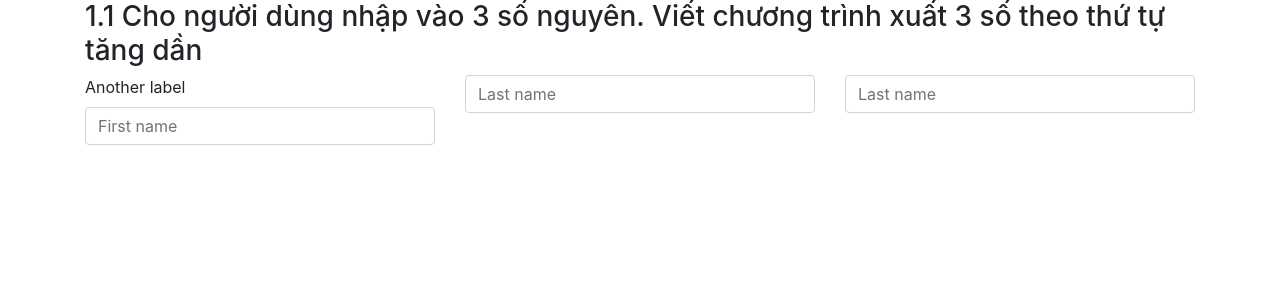
Repository: baobaodeveloper/bootscamp21__jsbasic__HuynhAnhBao
Page: index.html
The author's editor kept a copy of each file at every save. The page is drawn from the files as they stood at one save, then again after the next save.
The browser window is 1280 px wide. The pictures show the whole page.

Above is the page before, as saved 2022-03-09 23:02:33.

### index.html
<!DOCTYPE html>
<html lang="en">
  <head>
    <title>javaScript basic</title>
    <!-- Required meta tags -->
    <meta charset="utf-8" />
    <meta
      name="viewport"
      content="width=device-width, initial-scale=1, shrink-to-fit=no"
    />

    <!-- Bootstrap CSS -->
    <link
      rel="stylesheet"
      href="https://stackpath.bootstrapcdn.com/bootstrap/4.3.1/css/bootstrap.min.css"
      integrity="sha384-ggOyR0iXCbMQv3Xipma34MD+dH/1fQ784/j6cY/iJTQUOhcWr7x9JvoRxT2MZw1T"
      crossorigin="anonymous"
    />
  </head>
  <body>
    <div class="container">
      <h3>
        1.1 Cho người dùng nhập vào 3 số nguyên. Viết chương trình xuất 3 số
        theo thứ tự tăng dần
      </h3>

      <div class="row">
        <div class="col">
          <label class="form-label">Another label</label>
          <input type="number" class="form-control" placeholder="First name" />
        </div>
        <div class="col">
          <input type="number" class="form-control" placeholder="Last name" />
        </div>

        <div class="col">
          <input type="number" class="form-control" placeholder="Last name" />
        </div>
      </div>
    </div>
    <!-- Optional JavaScript -->
    <!-- jQuery first, then Popper.js, then Bootstrap JS -->
    <script
      src="https://code.jquery.com/jquery-3.3.1.slim.min.js"
      integrity="sha384-q8i/X+965DzO0rT7abK41JStQIAqVgRVzpbzo5smXKp4YfRvH+8abtTE1Pi6jizo"
      crossorigin="anonymous"
    ></script>
    <script
      src="https://cdnjs.cloudflare.com/ajax/libs/popper.js/1.14.7/umd/popper.min.js"
      integrity="sha384-UO2eT0CpHqdSJQ6hJty5KVphtPhzWj9WO1clHTMGa3JDZwrnQq4sF86dIHNDz0W1"
      crossorigin="anonymous"
    ></script>
    <script
      src="https://stackpath.bootstrapcdn.com/bootstrap/4.3.1/js/bootstrap.min.js"
      integrity="sha384-JjSmVgyd0p3pXB1rRibZUAYoIIy6OrQ6VrjIEaFf/nJGzIxFDsf4x0xIM+B07jRM"
      crossorigin="anonymous"
    ></script>
  </body>
</html>

After the next save:
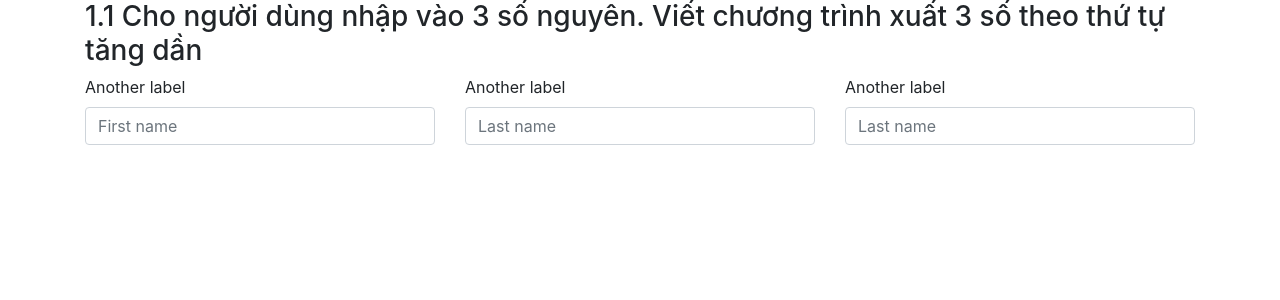
Saved 17 s later.
--- a/index.html
+++ b/index.html
@@ -30,10 +30,11 @@
           <input type="number" class="form-control" placeholder="First name" />
         </div>
         <div class="col">
+          <label class="form-label">Another label</label>
           <input type="number" class="form-control" placeholder="Last name" />
         </div>
-
         <div class="col">
+          <label class="form-label">Another label</label>
           <input type="number" class="form-control" placeholder="Last name" />
         </div>
       </div>
